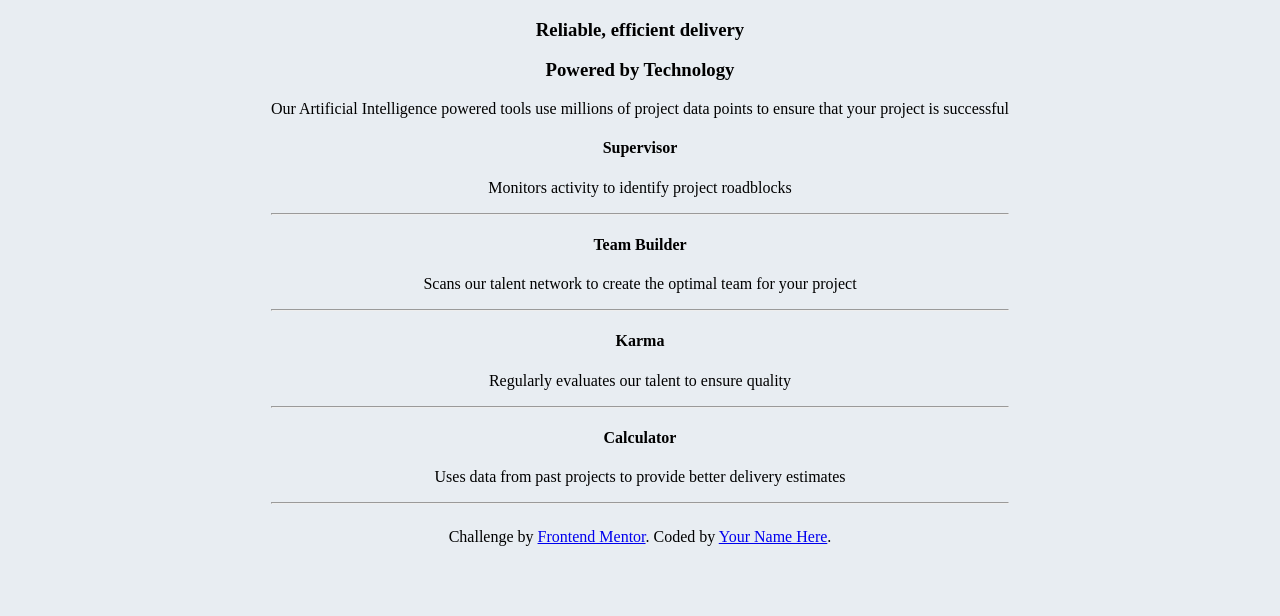
Repository: AngelaMwelu/four-card-page
Page: index.html
An editor plug-in stored every save of this project. The page is shown before and after the next save, followed by the edit.
The browser window is 1280 px wide. The pictures show the whole page.

Above is the page before, as saved 2025-05-15 15:38:25.

After the next save:
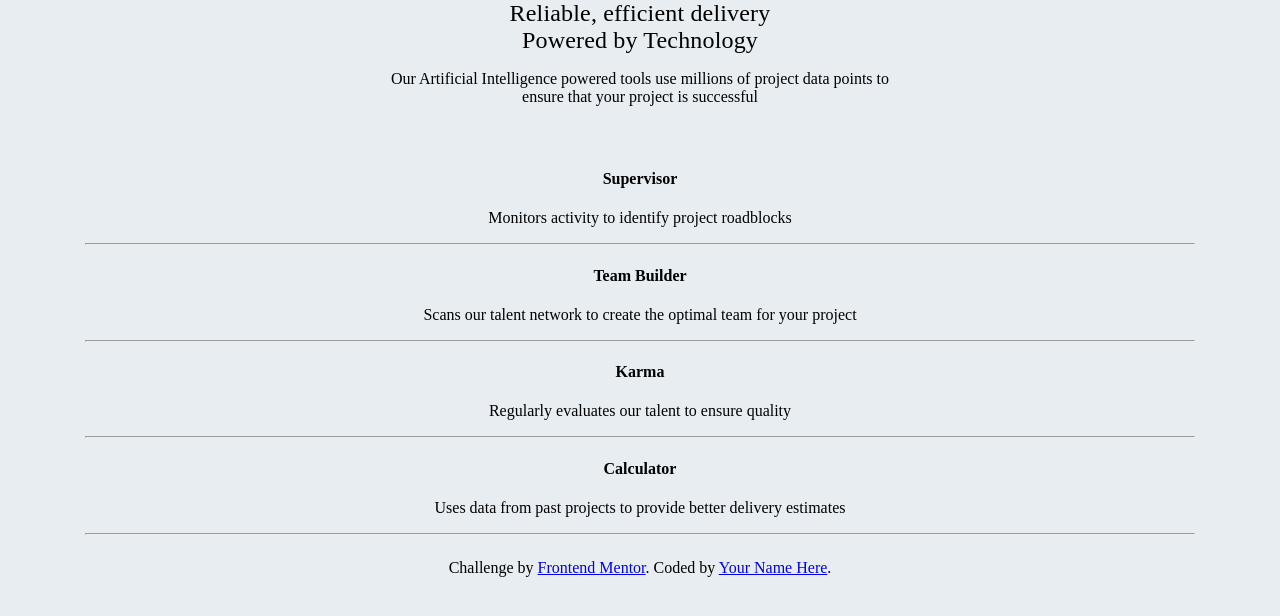
Saved 6 s later.
--- a/style.css
+++ b/style.css
@@ -10,7 +10,7 @@ body{
     text-align: center;
 }
 
-.card {
+
    .Card {
   max-width: 1110px;
   width: 100%;
